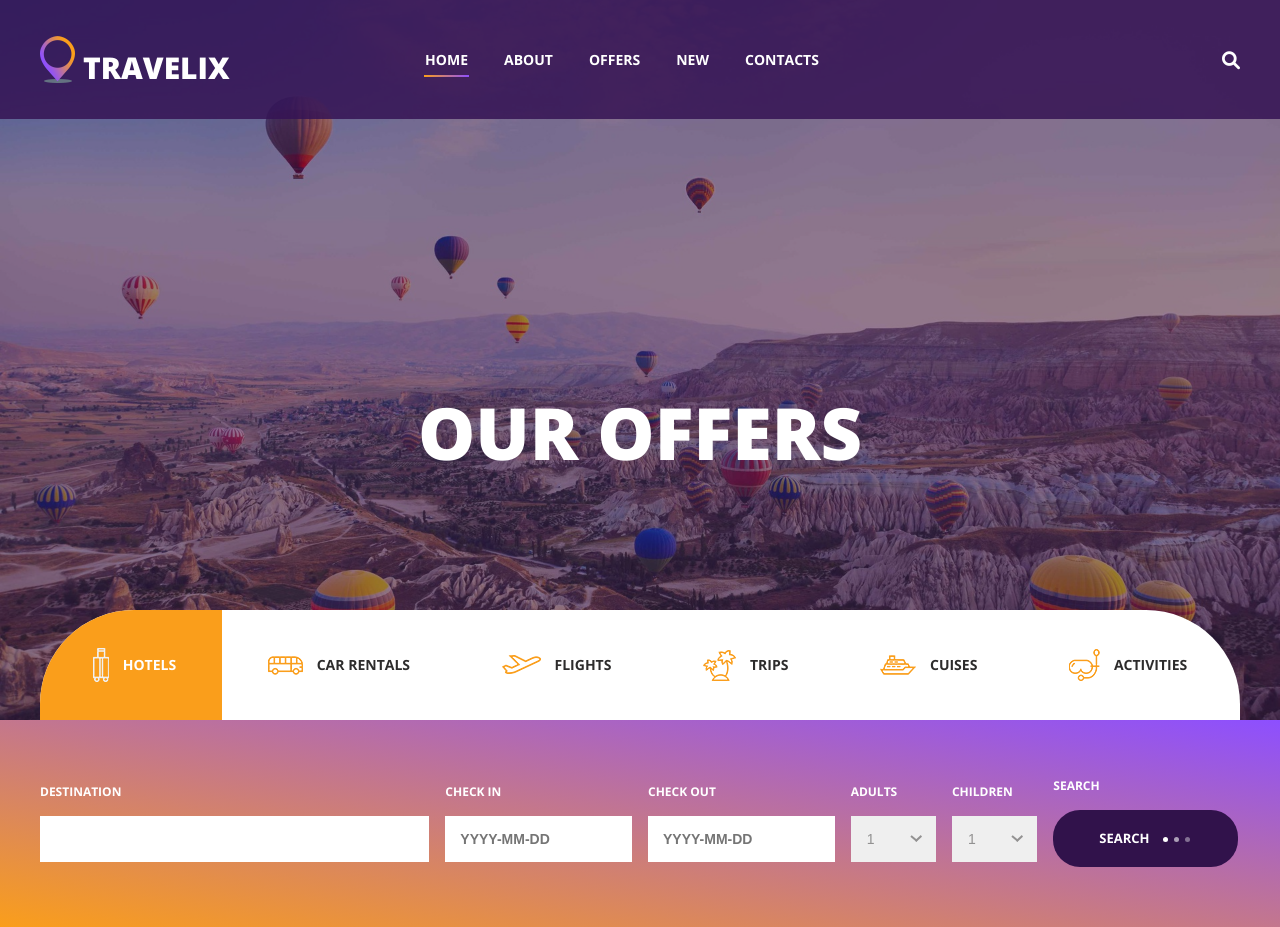
Repository: phamhuuloc/Travelix_Template
Page: offers.html
These files come from the project's save history. The page is drawn as it stood at one moment and after the next save; the edit follows.
The browser window is 1280 px wide. The pictures show the whole page.
Some web fonts or font styles are not loaded; a fallback is used.

Above is the page before, as saved 2021-10-15 11:20:17.

After the next save:
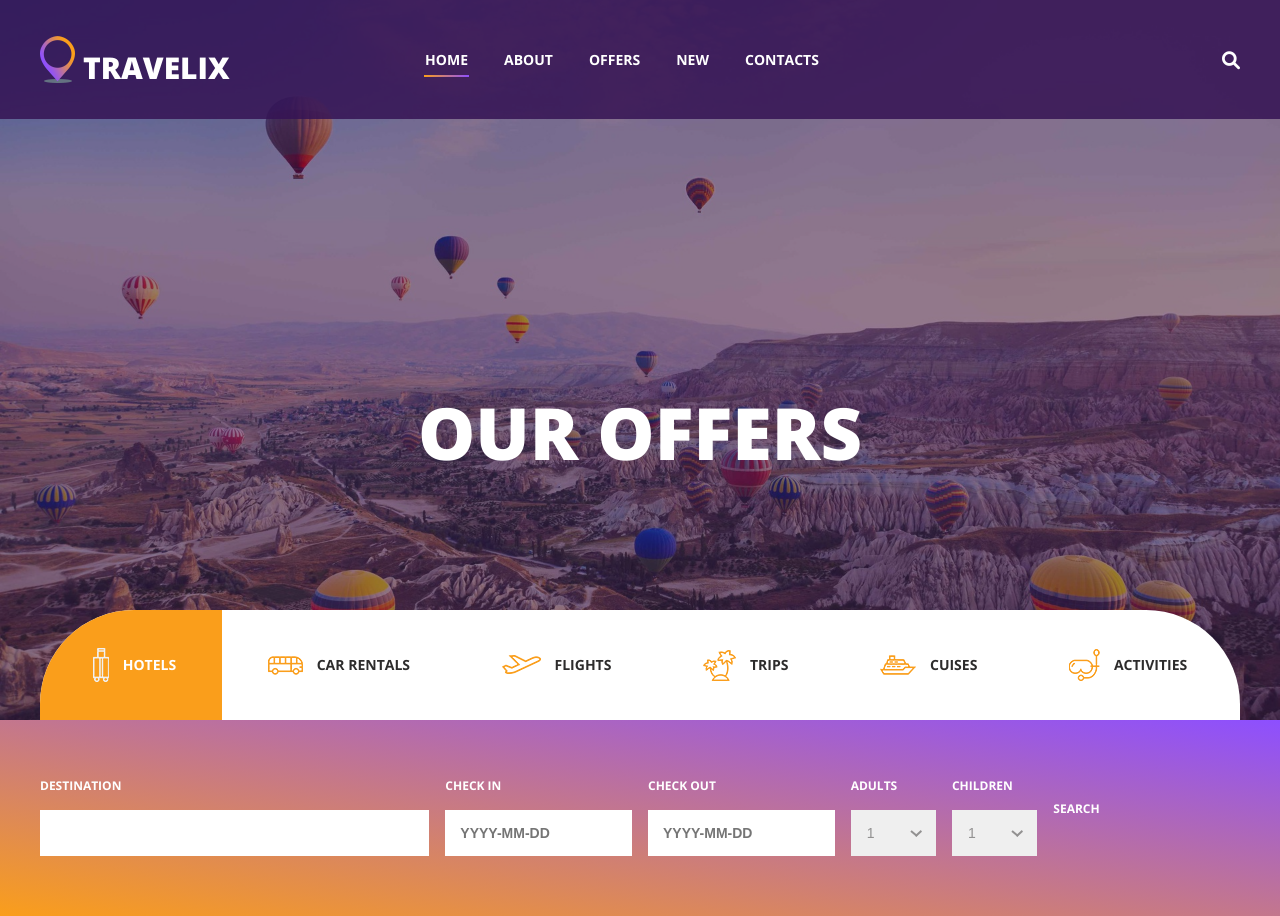
Saved 47 h 38 min later.
--- a/offers.html
+++ b/offers.html
@@ -240,14 +240,6 @@
         <div class="search__item col l-2">
           <div class="search__item-container">
             <h4>Search</h4>
-            <div class="search-destination__btn">
-              <a href="#" class="btn-link">
-                Search
-                <span></span>
-                <span></span>
-                <span></span>
-              </a>
-            </div>
           </div>
         </div>
       </div>
